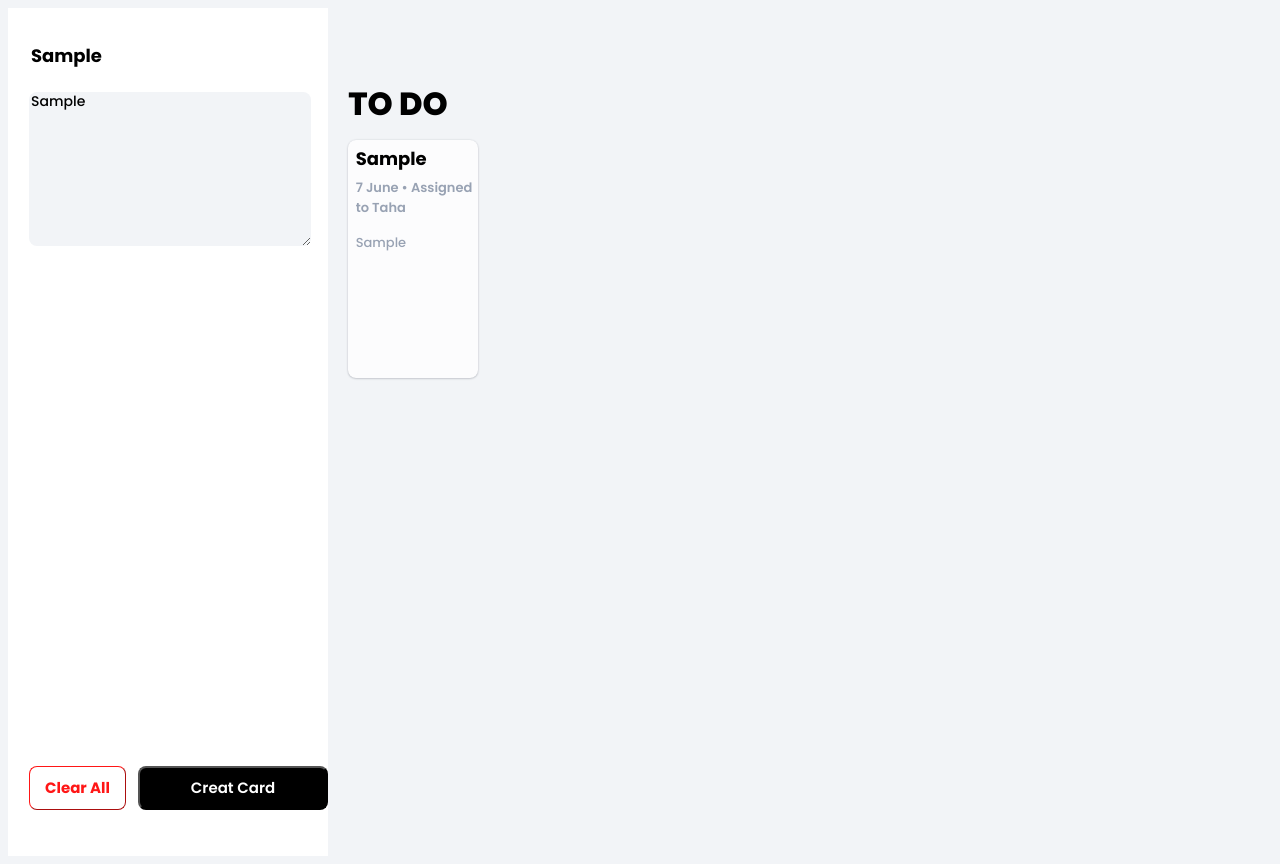
Repository: ReyhanehRahmani/TO-DO
Page: index.html
These files come from the project's save history. The page is drawn as it stood at one moment and after the next save; the edit follows.
The browser window is 1280 px wide. The pictures show the whole page.
Empty fields were first filled with sample values (such as "Sample", 5 or name@example.com).
After loading, the first visible `#creatbut` was clicked once.
Some web fonts or font styles are not loaded; a fallback is used.

Above is the page before, as saved 2025-06-08 12:53:01.

### index.html
<!DOCTYPE html>

<html lang="en">

    <head>

        <meta name="viewport" content="width=device-width, initial-scale=1.0" />

        <title>TO-DO</title>

        <link rel="icon" type="image/jpg" href="favicon.png">

        <link rel="stylesheet" href="style.css">

        <link rel="preconnect" href="https://fonts.googleapis.com">

        <link rel="preconnect" href="https://fonts.gstatic.com" crossorigin>

        <link href="https://fonts.googleapis.com/css2?family=Poppins:ital,wght@0,100;0,200;0,300;0,400;0,500;0,600;0,700;0,800;0,900;1,100;1,200;1,300;1,400;1,500;1,600;1,700;1,800;1,900&family=Sofia+Sans:ital,wght@0,1..1000;1,1..1000&display=swap" rel="stylesheet">

    </head>
    <body>
        <div id="side">

            <div id="main-card">
            <div id="content">
                <div >
                <div id="title">
                    <input type="text" id="titlebox" minlength="3" maxlength="30" placeholder="Title">
                </div>
                <div id="description">
                    <textarea type="text" id="descriptionbox" maxlength="200" placeholder="Description"></textarea>
                </div>
                </div>

                <div id="buttons">
                    <div id="clear"><button id="clearbut">Clear All</button></div>
                    <div id="creat"><button id="creatbut">Creat Card</button></div>
                </div>
            </div>

            </div>

            <div id="cardsContainer"></div>
        </div>

        <script src="script.js"></script>
    </body>

### style.css
@media screen and (max-width: 1279px){

body{
    background-color: #F2F4F7;
}



#main-card{
    margin-left: 6%;
    margin-right: 6%;
    margin-top: 6%;
    background-color: #FFFFFF;
}

#content{
    margin-right: 6.557377049%;
    margin-left: 6.557377049%;
    margin-top: 6.557377049%;
    margin-bottom: 6.557377049%;
}

#titlebox{
    font-family: 'Poppins';
    font-weight: 700;
    font-size: 18px;
    line-height: 150%;
    letter-spacing: -2%;
    border: none;
    width: 100%;
    height: 51px;
}

#descriptionbox{
    border: none;
    width: 100%;
    font-family: 'Poppins';
    font-weight: 500;
    font-size: 14px;
    line-height: 100%;
    letter-spacing: -3%;
    height: 150px;
    border-radius: 8px;
    background: #F2F4F7;

    margin-top: 10px;

}

#content{
    display: flex;
    flex-direction: column;
    justify-content: space-between;
    gap: 516px;
}

#buttons{
    display: flex;
    justify-content: space-between;
    gap: 12px;
    margin-bottom: 25px;
}

#clear{
    text-align: center;
    justify-content: center;
}

#clearbut{
    height: 44px;
    border-radius: 8px;
    border-width: 1.4px;
    border-color: #FF1616;
    background-color: #FFFFFF;
    font-family: 'Poppins';
    font-weight: 700;
    font-size: 15px;
    line-height: 100%;
    letter-spacing: -3%;
    color: #FF1616;
    white-space: nowrap;
    width: 97px;

}

#creat{
    text-align: center;
    justify-content: center;
}

#creatbut{
    height: 44px;
    border-radius: 8px;
    background: #000000;
    font-family: 'Poppins';
    font-weight: 600;
    font-size: 15px;
    line-height: 100%;
    letter-spacing: -3%;
    color: #FFFFFF;
    width: 190px;

}

.cardsContainer{
    justify-content: center;
}


.card {
    width: 76.923076923%;
    height: 238px;
    border-radius: 8px;
    background: #FCFCFD;
    box-shadow: 0px 0.5px 2px 0px #1018284D;
    justify-self: center;
    position: relative;
    margin-bottom: 24px;
}


.cardTitle{
    font-family: 'Poppins';
    font-weight: 700;
    font-size: 18px;
    line-height: 150%;
    letter-spacing: -2%;
    margin-left: 6.25%;
    padding-top: 4.1%;


}

.cardDate{
    font-family: 'Poppins';
    font-weight: 600;
    font-size: 13px;
    line-height: 150%;
    letter-spacing: -2%;
    margin-left: 6.25%;
    color: #98A2B3;
    margin-top: 6px;

}

.cardDesc{
    font-family: 'Poppins';
    font-weight: 500;
    font-size: 13px;
    line-height: 150%;
    letter-spacing: -2%;
    color: #98A2B3;
    margin-left: 6.25%;
    margin-top: 16px;
}

#todoTitle{
    font-family: 'Poppins';
    font-weight: 800;
    font-size: 32px;
    line-height: 100%;
    letter-spacing: -0.75%;
    color: #000000;
    margin-left: 12%;
    margin-bottom: 20px;
    margin-top: 80px;

}}

@media screen and (min-width: 1280px){

body{
    background-color: #F2F4F7;
}

#content{
    margin-right: 6.557377049%;
    margin-left: 6.557377049%;
    margin-top: 6.557377049%;
    margin-bottom: 6.557377049%;
}

#titlebox{
    font-family: 'Poppins';
    font-weight: 700;
    font-size: 18px;
    line-height: 150%;
    letter-spacing: -2%;
    border: none;
    width: 100%;
    height: 51px;
}

#descriptionbox{
    border: none;
    width: 100%;
    font-family: 'Poppins';
    font-weight: 500;
    font-size: 14px;
    line-height: 100%;
    letter-spacing: -3%;
    height: 150px;
    border-radius: 8px;
    background: #F2F4F7;

    margin-top: 10px;

}

#main-card{
    background-color: #FFFFFF;
    width: 25.31120332%;
    margin: 0%;
}

#side{
    display: flex;
    flex-direction: row;
}


#content{
    display: flex;
    flex-direction: column;
    justify-content: space-between;
    gap: 516px;
}

#buttons{
    display: flex;
    justify-content: space-between;
    gap: 12px;
    margin-bottom: 25px;
}

#clear{
    text-align: center;
    justify-content: center;
}

#clearbut{
    height: 44px;
    border-radius: 8px;
    border-width: 1.4px;
    border-color: #FF1616;
    background-color: #FFFFFF;
    font-family: 'Poppins';
    font-weight: 700;
    font-size: 15px;
    line-height: 100%;
    letter-spacing: -3%;
    color: #FF1616;
    white-space: nowrap;
    width: 97px;

}

#creat{
    text-align: center;
    justify-content: center;
}

#creatbut{
    height: 44px;
    border-radius: 8px;
    background: #000000;
    font-family: 'Poppins';
    font-weight: 600;
    font-size: 15px;
    line-height: 100%;
    letter-spacing: -3%;
    color: #FFFFFF;
    width: 190px;

}

.cardsContainer{
    justify-content: center;
    margin-left: 2.213001383%;
    margin-top: 40px;

}


.card {
    width: 76.923076923%;
    height: 238px;
    border-radius: 8px;
    background: #FCFCFD;
    box-shadow: 0px 0.5px 2px 0px #1018284D;
    justify-self: center;
    position: relative;
    margin-bottom: 24px;

}


.cardTitle{
    font-family: 'Poppins';
    font-weight: 700;
    font-size: 18px;
    line-height: 150%;
    letter-spacing: -2%;
    margin-left: 6.25%;
    padding-top: 4.1%;


}

.cardDate{
    font-family: 'Poppins';
    font-weight: 600;
    font-size: 13px;
    line-height: 150%;
    letter-spacing: -2%;
    margin-left: 6.25%;
    color: #98A2B3;
    margin-top: 6px;

}

.cardDesc{
    font-family: 'Poppins';
    font-weight: 500;
    font-size: 13px;
    line-height: 150%;
    letter-spacing: -2%;
    color: #98A2B3;
    margin-left: 6.25%;
    margin-top: 16px;
}

#todoTitle{
    font-family: 'Poppins';
    font-weight: 800;
    font-size: 32px;
    line-height: 100%;
    letter-spacing: -0.75%;
    color: #000000;
    margin-left: 12%;
    margin-bottom: 20px;
    margin-top: 80px;

}

}

### script.js
document.getElementById("creatbut").onclick = function () {

    const title = document.getElementById("titlebox").value.trim();
    const desc = document.getElementById("descriptionbox").value.trim();

    const card = document.createElement("div");
    card.classList.add("card");

    const cardItems =document.createElement("div");
    card.classList.add("cardItem");

    card.appendChild(cardItems);

    const titleElem = document.createElement("div");
    titleElem.classList.add("cardTitle");
    titleElem.textContent = title;

    const dateElem = document.createElement("div");
    dateElem.classList.add("cardDate");

    const now = new Date();
    const day = now.getDate();
    const monthNames = ["January", "February", "March", "April", "May", "June","July", "August", "September", "October", "November", "December"];

    const month = monthNames[now.getMonth()];

    const formattedDate = day + " " + month;

    dateElem.textContent = formattedDate + " • " + " Assigned to Taha ";

    const descElem = document.createElement("div");
    descElem.classList.add("cardDesc");
    descElem.textContent = desc;

    cardItems.appendChild(titleElem);
    cardItems.appendChild(dateElem);
    cardItems.appendChild(descElem);

    document.getElementById("cardsContainer").appendChild(card);

    const container = document.getElementById("cardsContainer");

    if (!document.getElementById("todoTitle")) {
    const todo = document.createElement("div");
    todo.id = "todoTitle";
    todo.textContent = "TO DO";
    todo.classList.add("todoHeader");

    container.insertBefore(todo, container.firstChild);}



    document.getElementById("clearbut").addEventListener("click", function () {
    document.getElementById("titlebox").value = "";
    document.getElementById("descriptionbox").value = "";});


};

After the next save:
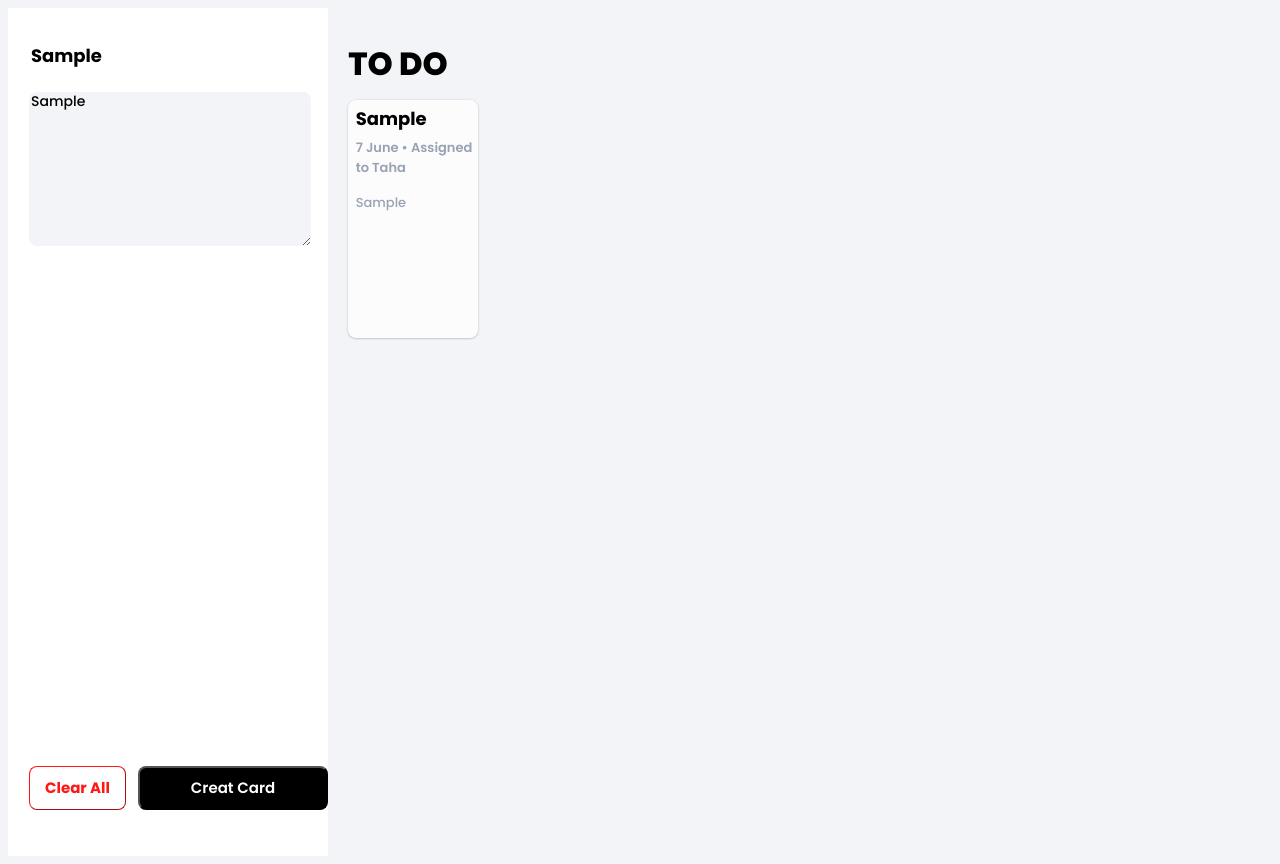
Saved 27 s later.
--- a/style.css
+++ b/style.css
@@ -277,7 +277,6 @@ body{
 .cardsContainer{
     justify-content: center;
     margin-left: 2.213001383%;
-    margin-top: 40px;
 
 }
 
@@ -339,8 +338,8 @@ body{
     color: #000000;
     margin-left: 12%;
     margin-bottom: 20px;
-    margin-top: 80px;
-
-}
-
-}
+    margin-top: 40px;
+
+}
+
+}
